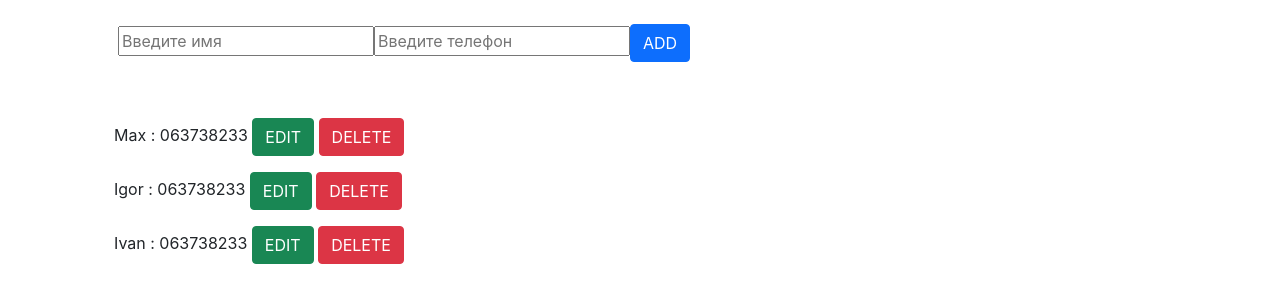
Repository: tsydikov/phone_book
Page: /
The author's editor kept a copy of each file at every save. The page is drawn from the files as they stood at one save, then again after the next save.
The browser window is 1280 px wide. The pictures show the whole page.
The project was rebuilt for these pictures with package versions that can differ from the ones it lists, and the page was loaded fresh each time. Also part of the build but not shown: src/App.css, src/components/Update.jsx.

Above is the page before, as saved 2021-10-07 22:13:21.

After the next save:
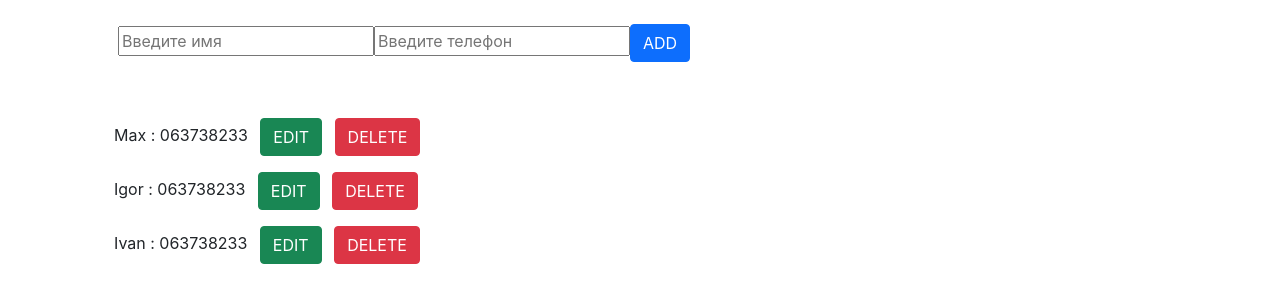
Saved 38 s later.
--- a/src/components/PhoneItem.jsx
+++ b/src/components/PhoneItem.jsx
@@ -13,7 +13,7 @@ const PhoneItem = ({ phone, editItem }) => {
       <Row>
         <Col className="p-2">
           {phone.name} : {phone.phoneNamber}{" "}
-          <Button variant="success" className="x-2" onClick={() => editItem(phone.id)}>
+          <Button variant="success" className="mx-2" onClick={() => editItem(phone.id)}>
             EDIT
           </Button>{" "}
           <Button variant="danger" onClick={deletePhoneBookItem}>
